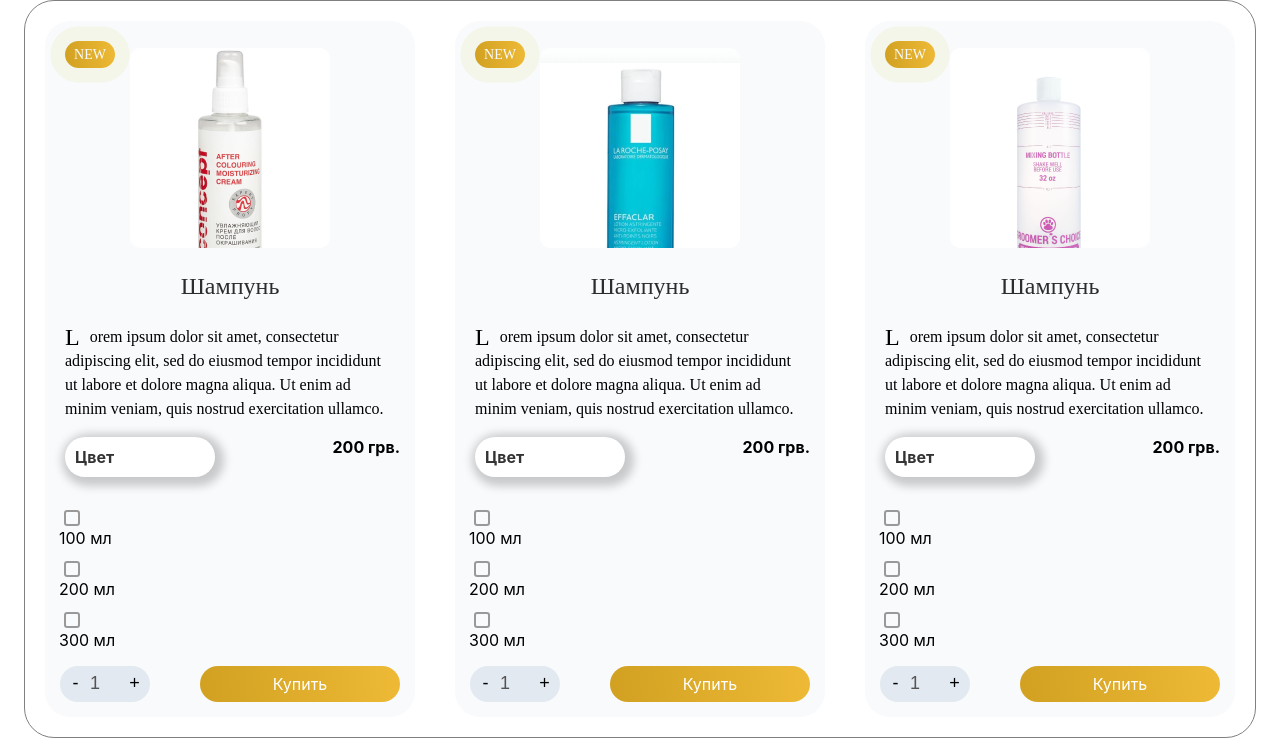
Repository: MiroslavWise/shamptu
Page: /
The author's editor kept a copy of each file at every save. The page is drawn from the files as they stood at one save, then again after the next save.
The browser window is 1280 px wide. The pictures show the whole page.
The project was rebuilt for these pictures with package versions that can differ from the ones it lists, and the page was loaded fresh each time. Also part of the build but not shown: src/App.css.

Above is the page before, as saved 2022-02-17 18:24:34.

After the next save:
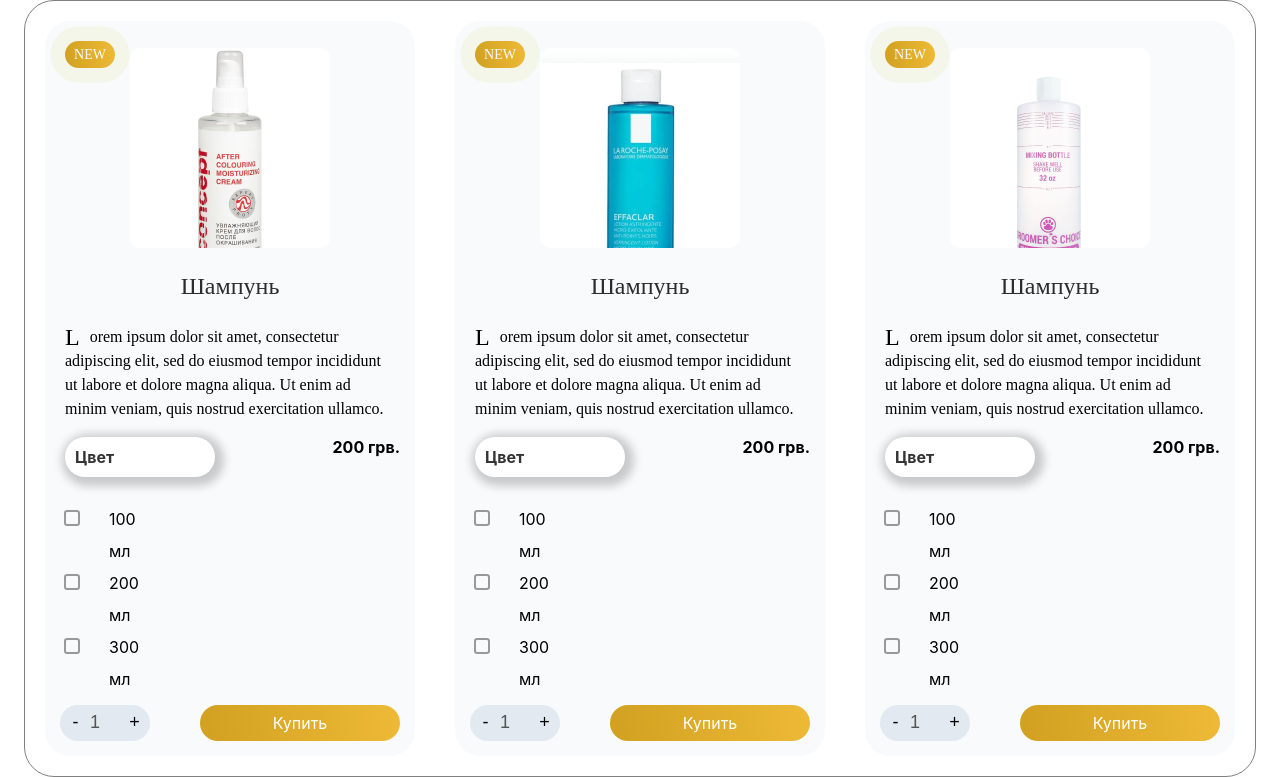
Saved 14 s later.
--- a/src/components/items/style.css
+++ b/src/components/items/style.css
@@ -287,7 +287,7 @@
   }
   fieldset{
       display: grid;
-      grid-template-columns: repeat(2);
+      grid-template-columns: repeat(2, 50px);
       border: none;
   }
 
